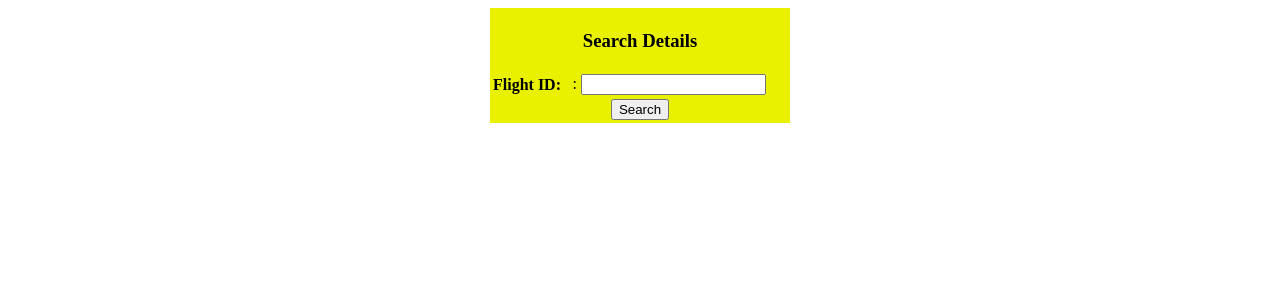
Repository: pawankas/Java_Mini_Project
Page: http://localhost/AirReservation/searchByName.jsp
These files come from the project's save history. The page is drawn as it stood at one moment and after the next save; the edit follows.
The browser window is 1280 px wide. The pictures show the whole page.
The page is served by Tomcat 9.

Above is the page before, as saved 2022-03-17 09:14:23.

After the next save:
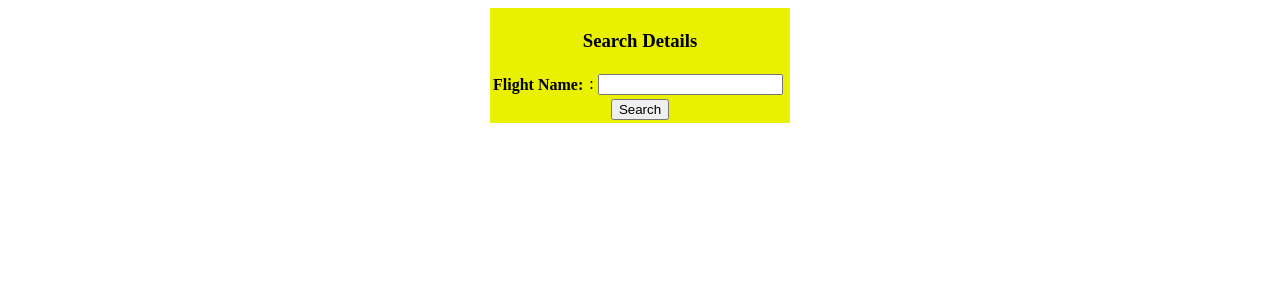
Saved 36 s later.
--- a/Mini_Project_Java/AirReservation/WebContent/searchByName.jsp
+++ b/Mini_Project_Java/AirReservation/WebContent/searchByName.jsp
@@ -11,8 +11,8 @@
       <table border="0" width="300" align="center" bgcolor="#e9fh">
         <tr><td colspan=2 style="font-size:12pt;" align="center">
         <h3>Search Details</h3></td></tr>
-        <tr><td ><b>Flight ID:</b></td>
-          <td>: <input  type="text" name="flightId" id="flightId">
+        <tr><td ><b>Flight Name:</b></td>
+          <td>: <input  type="text" name="flightName" id="flightName">
         </td></tr>
         <tr><td colspan=2 align="center">
         <input  type="submit" value="Search" ></td></tr>
